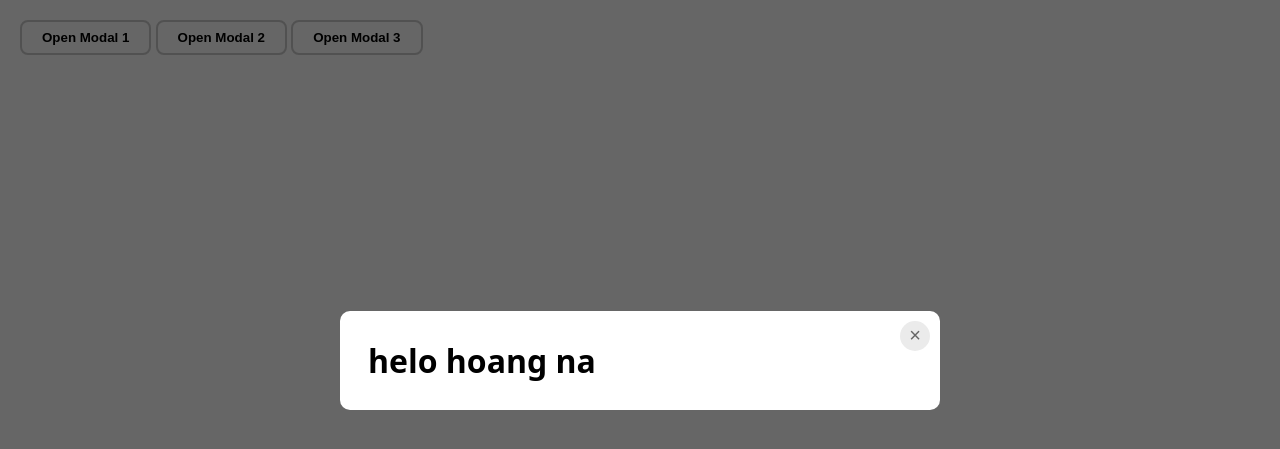
Repository: hoangan3526/Javascript-project
Page: index.html
An editor plug-in stored every save of this project. The page is shown before and after the next save, followed by the edit.
The browser window is 1280 px wide. The pictures show the whole page.
After loading, the first visible `#open-modal-1` was clicked once.

Above is the page before, as saved 2026-04-08 10:01:13.

### index.html
<!DOCTYPE html>
<html lang="en">
    <head>
        <meta charset="UTF-8" />
        <meta name="viewport" content="width=device-width, initial-scale=1.0" />
        <title>Modal</title>
        <link rel="stylesheet" href="style.css" />
    </head>
    <body>
        <main>
            <button id="open-modal-1" class="btn">Open Modal 1</button>
            <button id ="open-modal-2" class="btn">Open Modal 2</button>
            <button id="open-modal-3" class="btn">Open Modal 3</button>
        </main>
        <template id ="modal-1">
            <h1>hello hoang an</h1>
            <p> Lorem ipsum dolor, sit amet consectetur adipisicing elit. Debitis vero consectetur quam at esse ipsum ut officia incidunt cum provident.</p>
        </template>
        <!-- Modal -->

        <script src="main.js"></script>
    </body>
</html>

### style.css
* {
    margin: 0;
    padding: 0;
    box-sizing: border-box;
}

html {
    font-size: 62.5%;
}

body {
    font-size: 1.6rem;
    font-family: system-ui, -apple-system, BlinkMacSystemFont, "Segoe UI",
        Roboto, Oxygen, Ubuntu, Cantarell, "Open Sans", "Helvetica Neue",
        sans-serif;
}
main {
    margin: 20px;
}

.btn {
    border: 2px solid #ccc;
    border-radius: 8px;
    padding: 8px 20px;
    font-weight: 600;
}
button {
    border: none;
    outline: none;
    background: transparent;
    cursor: pointer;
}

.modal-backdrop {
    position: fixed;
    inset: 0;
    display: flex;
    align-items: center;
    justify-content: center;
    background: rgba(0, 0, 0, 0.6);
    opacity: 0;
    visibility: hidden;
    transition: opacity, visibility;
    transition-duration: 0.3s;
}

.modal-backdrop.show {
    opacity: 1;
    visibility: visible;
}

.modal-backdrop.show .modal-container {
    transform: scale(1);
}

.modal-container {
    position: relative;
    width: min(600px, 90%);
    padding: 28px;
    border-radius: 10px;
    background: #fff;
    transform: scale(0);
    transition: transform 0.3s;
}

.modal-close {
    position: absolute;
    top: 10px;
    right: 10px;
    width: 30px;
    height: 30px;
    border-radius: 50%;
    color: #666;
    background: #ebebeb;
    font-size: 2rem;
}

.modal-close:hover {
    color: #333;
}

.modal-content {
    max-height: 80vh;
    overflow-y: auto;
}

### main.js
const $ = document.querySelector.bind(document);
const $$ = document.querySelectorAll.bind(document);


function Modal(){
    this.openModal = (content) =>{
        const backdrop = document.createElement('div');
        backdrop.className = 'modal-backdrop';

        const container = document.createElement('div');
        container.className = 'modal-container';

        const closeBtn = document.createElement('button');
        closeBtn.className= 'modal-close';
        closeBtn.innerHTML = "&times";

        const modalContent = document.createElement('div');
        modalContent.className= "modal-content";
        modalContent.innerHTML = content;
        container.append(closeBtn,modalContent);
        backdrop.append(container);
        document.body.append(backdrop);


        setTimeout(() => {
            backdrop.classList.add('show');
        }, 100);

        closeBtn.onclick = () =>this.closeModal(backdrop);
        backdrop.onclick =(e) =>{
            if (e.target === backdrop){
                this.closeModal(backdrop);
            }
        }

        document.addEventListener('keydown' , (e) => {
            if ( e.key === "Escape"){
                this.closeModal(backdrop);
            }
        });

    };
    this.closeModal = (element) =>{
        element.classList.remove('show');
           element.ontransitionend = () =>{
            element.remove();
           }
    }
}

const modal = new Modal();

$('#open-modal-1').onclick = () =>{
    modal.openModal("<h1>helo hoang na</h1>");
}
$('#open-modal-2').onclick = () =>{
    modal.openModal("<h1>helo hoang an</h1>");
}
$('#open-modal-3').onclick = () =>{
    modal.openModal("<h1>helo hoang vy</h1>");
}

After the next save:
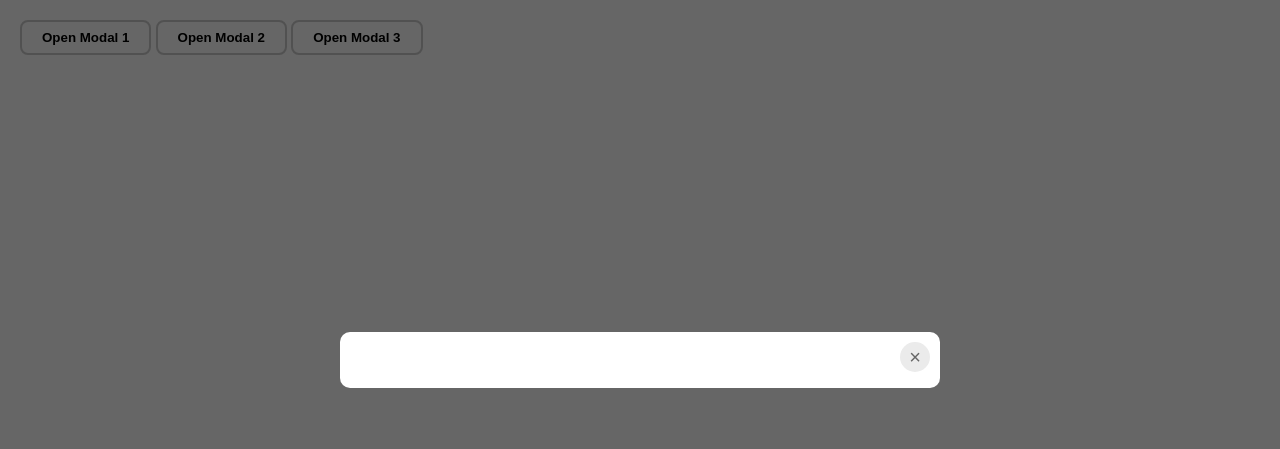
Saved 27 min 29 s later.
--- a/main.js
+++ b/main.js
@@ -3,7 +3,15 @@ const $$ = document.querySelectorAll.bind(document);
 
 
 function Modal(){
-    this.openModal = (content) =>{
+    this.openModal = (options ={}) =>{
+        const {templateId} = options ;
+        const template = $(`#${templateId}`);
+        if (!template){
+            console.error("loi");
+            return;
+        }
+        const content = template.content.cloneNode();
+
         const backdrop = document.createElement('div');
         backdrop.className = 'modal-backdrop';
 
@@ -16,7 +24,7 @@ function Modal(){
 
         const modalContent = document.createElement('div');
         modalContent.className= "modal-content";
-        modalContent.innerHTML = content;
+        modalContent.append(content) ;
         container.append(closeBtn,modalContent);
         backdrop.append(container);
         document.body.append(backdrop);
@@ -51,11 +59,7 @@ function Modal(){
 const modal = new Modal();
 
 $('#open-modal-1').onclick = () =>{
-    modal.openModal("<h1>helo hoang na</h1>");
+    modal.openModal({
+        templateId : "modal-1",
+    });
 }
-$('#open-modal-2').onclick = () =>{
-    modal.openModal("<h1>helo hoang an</h1>");
-}
-$('#open-modal-3').onclick = () =>{
-    modal.openModal("<h1>helo hoang vy</h1>");
-}
